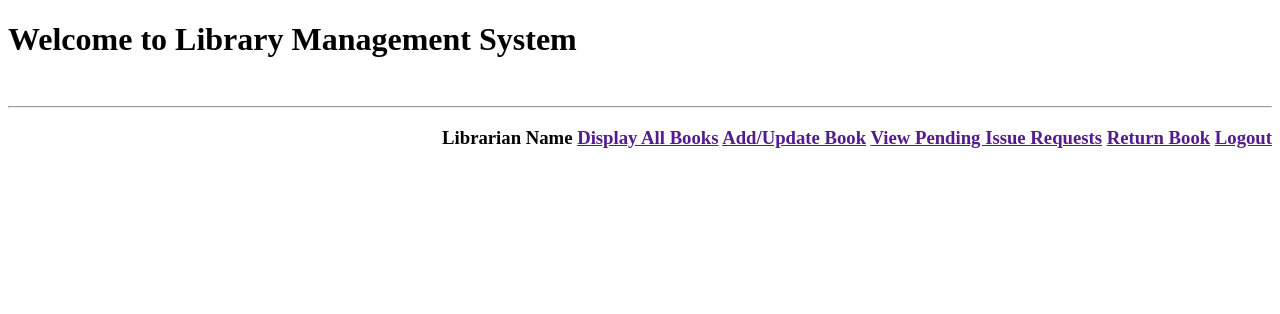
Repository: paragpatidar/LibraryManagementSystem
Page: http://localhost/LibraryManagementSystemSpring/LibrarianMain.jsp
The author's editor kept a copy of each file at every save. The page is drawn from the files as they stood at one save, then again after the next save.
The browser window is 1280 px wide. The pictures show the whole page.
The page is served by Tomcat 9. Nobody is signed in. The application's start-up code is not run.

Above is the page before, as saved 2017-11-07 10:18:37.

After the next save:
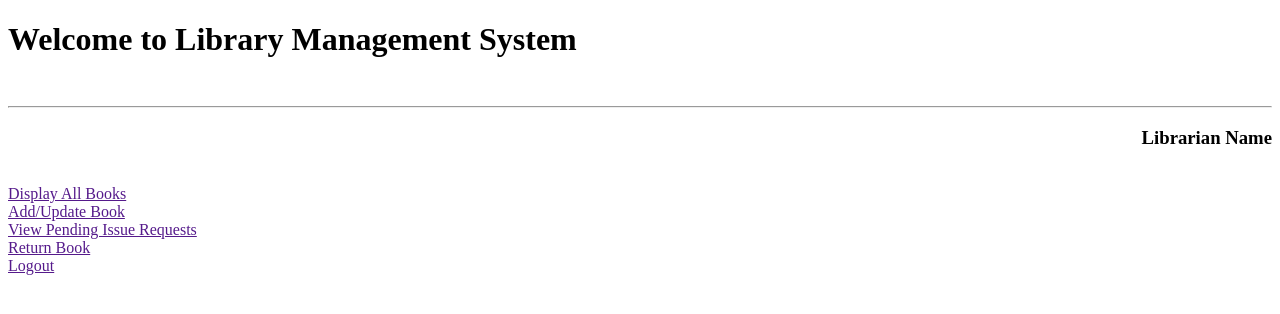
Saved 6 min 38 s later.
--- a/LibraryManagementSystemSpring/WebContent/LibrarianMain.jsp
+++ b/LibraryManagementSystemSpring/WebContent/LibrarianMain.jsp
@@ -11,11 +11,11 @@
 	<br>
 	<hr>
 	<h3 align="right">
-		<%-- ${username } --%>Librarian Name
-	<a href="">Display All Books</a>
-	<a href="">Add/Update Book</a>
-	<a href="">View Pending Issue Requests</a>
-	<a href="">Return Book</a>
-	<a href="" align="right">Logout</a>
+		<%-- ${username } --%>Librarian Name </h3>
+	<br><a href="">Display All Books</a>
+	<br><a href="">Add/Update Book</a>
+	<br><a href="">View Pending Issue Requests</a>
+	<br><a href="">Return Book</a>
+	<br><a href="" align="right">Logout</a>
 </body>
 </html>
